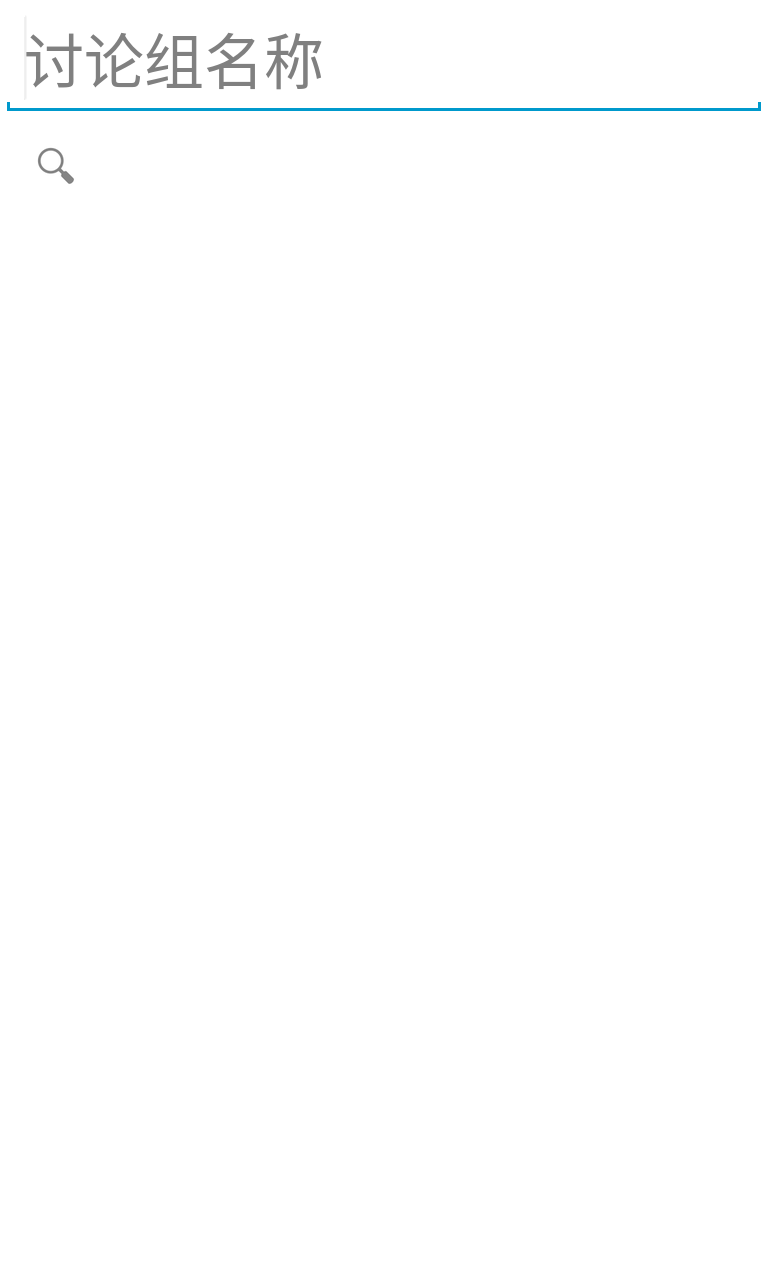
Repository: aojue/HappyAA
Layout: HappyAA/res/layout/creat_tell.xml
These files come from the project's save history. The layout is drawn as it stood at one moment and after the next save; the edit follows.
It is drawn on a 768 x 1280 px phone screen (xhdpi) without system bars, with theme AppTheme; the app's code is not run.

Above is the layout before, as saved 2014-10-24 16:33:39.

### HappyAA/res/layout/creat_tell.xml
<?xml version="1.0" encoding="utf-8"?>

<ScrollView xmlns:android="http://schemas.android.com/apk/res/android"
    xmlns:tools="http://schemas.android.com/tools"
    android:layout_width="match_parent"
    android:layout_height="match_parent"
    tools:context=".CreatTell" >

    <LinearLayout
        android:id="@+id/Linearlayout2"
        android:layout_width="match_parent"
        android:layout_height="wrap_content"
        android:orientation="vertical" >

        <EditText
            android:id="@+id/editText1"
            android:layout_width="match_parent"
            android:layout_height="wrap_content"
            android:ems="10"
            android:hint="讨论组名称"
            android:inputType="text"
            android:textSize="30sp"
            android:layout_gravity="center_vertical">

            <requestFocus />
        </EditText>

        <SearchView
            android:id="@+id/searchView1"
            android:layout_width="wrap_content"
            android:layout_height="wrap_content"
             android:hint="搜索" >

        </SearchView>

    </LinearLayout>

</ScrollView>

Loaded but not shown: HappyAA/res/values/styles.xml (common file); HappyAA/res/values-v11/styles.xml (common file); HappyAA/res/values-v14/styles.xml (common file)

After the next save:
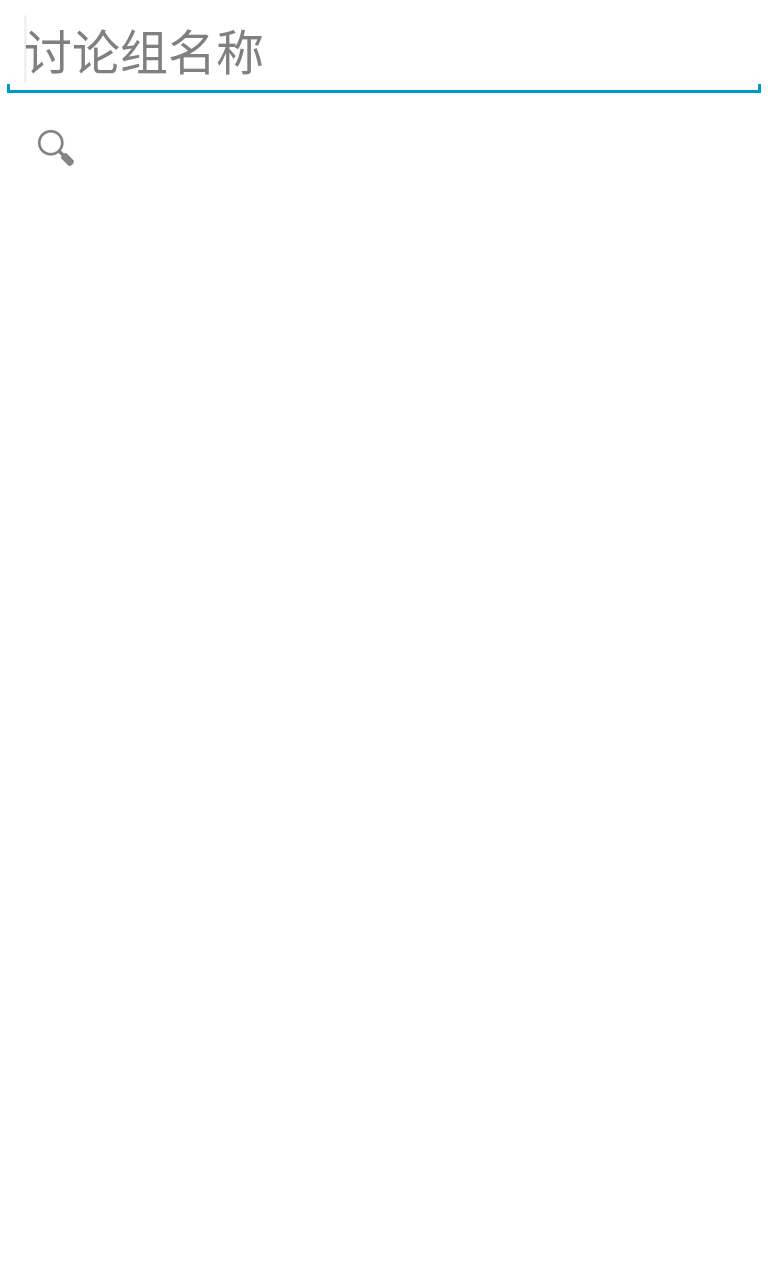
Saved 74 s later.
--- a/HappyAA/res/layout/creat_tell.xml
+++ b/HappyAA/res/layout/creat_tell.xml
@@ -19,7 +19,7 @@
             android:ems="10"
             android:hint="讨论组名称"
             android:inputType="text"
-            android:textSize="30sp"
+            android:textSize="24sp"
             android:layout_gravity="center_vertical">
 
             <requestFocus />
